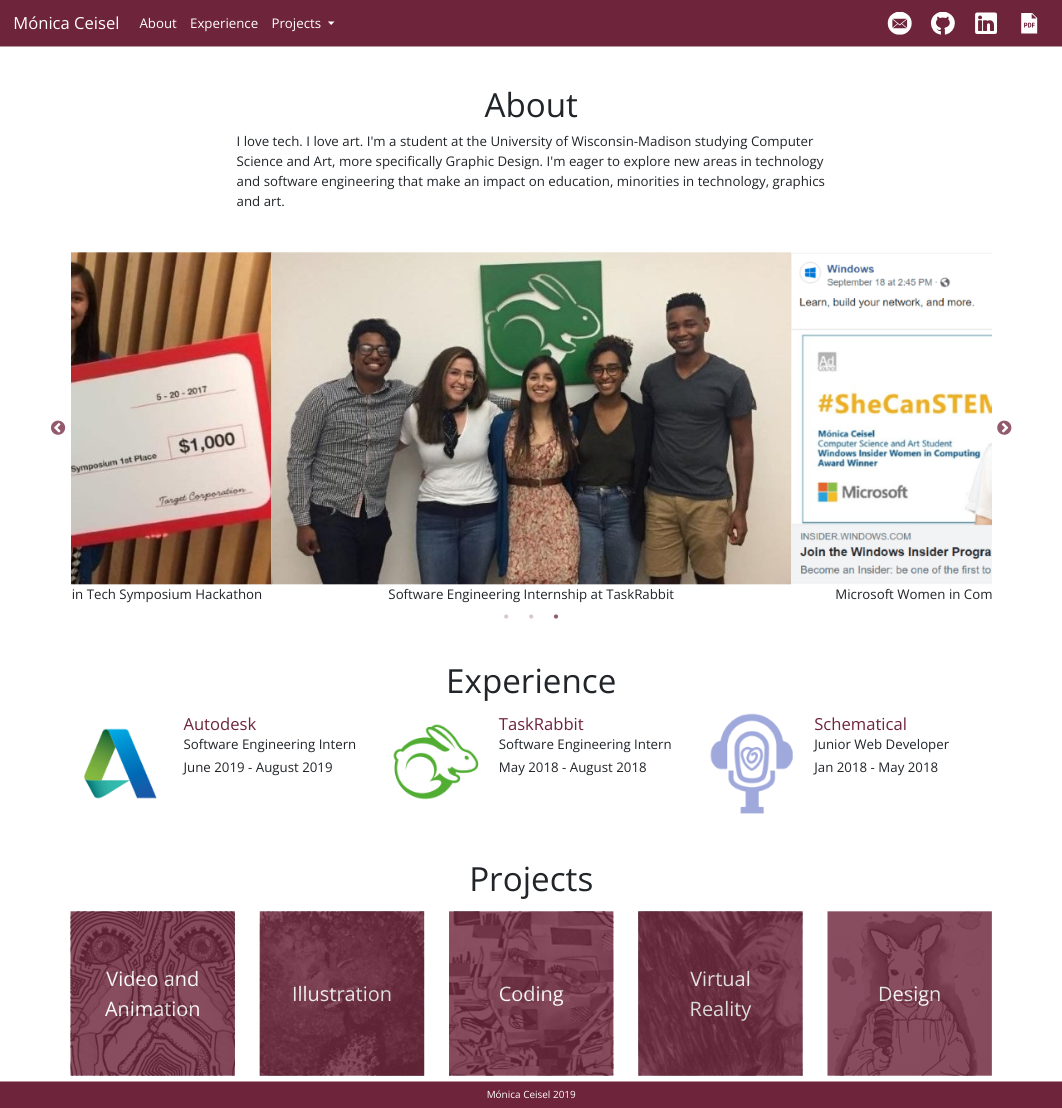
Repository: ceiselm/ceiselm.github.io
Page: index.html
These files come from the project's save history. The page is drawn as it stood at one moment and after the next save; the edit follows.
The browser window is 1280 px wide. The pictures show the whole page, at 83% of full size.

Above is the page before, as saved 2019-07-12 08:32:06.

### index.html
<!DOCTYPE html>
<html lang="en">

<head>
  <meta charset="utf-8">
  <meta http-equiv="X-UA-Compatible" content="IE=edge">
  <meta name="viewport" content="width=device-width, initial-scale=1">
  <title>M&oacute;nica Ceisel</title>
  <!-- Bootstrap -->
  <link href="css/bootstrap-4.2.1.css" rel="stylesheet">
  <!-- slick -->
  <link rel="stylesheet" type="text/css" href="slick/slick.css" />
  <!-- Add the new slick-theme.css if you want the default styling -->
  <link rel="stylesheet" type="text/css" href="slick/slick-theme.css" />
  <!-- font -->
  <link href="https://fonts.googleapis.com/css?family=Open+Sans&display=swap" rel="stylesheet">
  <!-- overwrites -->
  <link href="css/home.css" rel="stylesheet">
</head>

<body>
  <main>
    <!-- site navigation component START -->
    <nav class="navbar navbar-expand-lg navbar-dark bg-dark">
      <a class="navbar-brand" href="./index.html">M&oacute;nica Ceisel</a>
      <button class="navbar-toggler" type="button" data-toggle="collapse" data-target="#navbarSupportedContent"
        aria-controls="navbarSupportedContent" aria-expanded="false" aria-label="Toggle navigation">
        <span class="navbar-toggler-icon"></span>
      </button>
      <div class="collapse navbar-collapse" id="navbarSupportedContent">
        <ul class="navbar-nav mr-auto">
          <li class="nav-item">
            <a class="nav-link" href="#startAbout">About</a>
          </li>
          <li class="nav-item">
            <a class="nav-link" href="#startExperience">Experience</a>
          </li>
          <li class="nav-item dropdown">
            <a class="nav-link dropdown-toggle" href="#" id="navbarDropdown" role="button" data-toggle="dropdown"
              aria-haspopup="true" aria-expanded="false">
              Projects
            </a>
            <div class="dropdown-menu" aria-labelledby="navbarDropdown">
              <a class="dropdown-item" href="./subpages/coding.html">Coding</a>
              <div class="dropdown-divider"></div>
              <a class="dropdown-item" href="./subpages/illustration.html">Illustration</a>
              <a class="dropdown-item" href="./subpages/design.html">Design</a>
              <a class="dropdown-item" href="./subpages/virtualreality.html">Virtual Reality</a>
              <a class="dropdown-item" href="./subpages/videoandanimation.html">Video and Animation</a>
            </div>
          </li>
        </ul>
      </div>
      <!--		HAVE ICONS APPEAR ON BOTTOM FOR RESPONSIVE!-->
      <div class="navabar navbar-collapse">
        <ul class="navbar-nav ml-auto">
          <li class="nav-item">
            <a target="_blank" href="mailto:ceiselm@gmail.com"><img class="contact-icon" src="images/social/mail.svg"
                title="ceiselm@gmail.com" alt="mail"></a>
            <a target="_blank" href="https://github.com/ceiselm"><img class="contact-icon" src="images/social/github.svg"
                title="ceiselm" alt="github"></a>
            <a target="_blank" href="https://www.linkedin.com/in/monicaceisel/"><img class="contact-icon" src="images/social/linkedin.svg"
                title="monicaceisel" alt="linkedin"></a>
            <!-- <a target="_blank" href="https://twitter.com/Momonimations"><img class="contact-icon" src="images/social/twitter.svg" title="Momonimations" alt="twitter"></a> -->
            <a target="_blank" href="https://drive.google.com/file/d/1gLH4KDahc__qDKYKObC0Y2ql2jHHTpc9/view?usp=sharing"><img
                class="contact-icon" src="images/social/pdf.svg" title="Resume" alt="resume"></a>
          </li>
        </ul>
      </div>
    </nav>
    <!-- site navigation component END -->
    <!-- <hr> -->
    <!-- about START -->
    <div class="portion">
      <section>
        <div class="text-center mt-2">
          <div class="container">
            <div class="row">
              <div class="col-12">
                <h1 id="startAbout">About</h1>
                <div class="container">
                  <div class="row justify-content-center">
                    <div class="col col-md-8">
                      <p align="left">I love tech. I love art. I'm a student at the University of Wisconsin-Madison
                        studying Computer Science and Art,
                        more specifically Graphic Design. I'm eager to explore new areas in technology and software
                        engineering that
                        make an impact on education, minorities in technology, graphics and art.
                      </p>
                    </div>
                  </div>
                </div>
                <!-- noteworthy articles -->
                <!--				https://insider.windows.com/en-us/community-news/how-this-coder-artist-grew-superpowers-to-create/-->
                <!--				https://insider.windows.com/en-us/community-news/extraordinary-women-in-computing/-->

                <!-- <div class="wrapper"> -->
                <div class="portion">
                  <div class="slides">
                    <div><img class="slide-item" src="images/carousel/Microsoft.png" alt="First slide">Microsoft Women
                      in
                      Computing Award Winner</div>
                    <div><img class="slide-item" src="images/carousel/Target.jpg" alt="Second slide">1st Place for the
                      Target Women in Tech Symposium Hackathon</div>
                    <div><img class="slide-item" src="images/carousel/TaskRabbit.jpg" alt="Third slide">Software
                      Engineering Internship at TaskRabbit</div>
                  </div>
                </div>
              </div>
            </div>
          </div>
        </div>
      </section>
    </div>
    <!-- about END -->
    <!-- <hr> -->
    <div class="portion">
      <section>
        <div class="container">
          <div class="row">
            <div class="col-12 text-center">
              <h1 id="startExperience">Experience</h1>
              <!-- <p>Lorem ipsum dolor sit amet, consectetur adipisicing elit. Quibusdam, magni, doloribus, possimus eum sapiente deleniti doloremque fugit ut expedita molestiae iusto debitis eveniet modi obcaecati ipsam quos quis labore dicta.</p> -->
            </div>
          </div>
        </div>
      </section>
      <section>
        <div class="container mt-2">
          <div class="row">
            <div class="col-md-4 col-12">
              <ul class="list-unstyled">
                <li class="media">
                  <img class="mr-3" src="images/companies/120px-Autodesk_logo.svg.png" alt="Generic placeholder image">
                  <div class="media-body">
                    <h5 class="mt-0 mb-1"><a href="https://www.autodesk.com/">Autodesk</a></h5>
                    <h6>Software Engineering Intern</h6>
                    <h6>June 2019 - August 2019</h6>
                  </div>
                </li>
              </ul>
            </div>
            <div class="col-md-4 col-12">
              <ul class="list-unstyled">
                <li class="media">
                  <img class="mr-3" src="images/companies/taskrabbit_logo.png" alt="Generic placeholder image">
                  <div class="media-body">
                    <h5 class="mt-0 mb-1"><a href="https://www.taskrabbit.com/">TaskRabbit</a></h5>
                    <h6>Software Engineering Intern</h6>
                    <h6>May 2018 - August 2018</h6>
                  </div>
                </li>
              </ul>
            </div>
            <div class="col-md-4 col-12">
              <ul class="list-unstyled">
                <li class="media">
                  <img class="mr-3" src="images/companies/castdex_logo.png" alt="Generic placeholder image">
                  <div class="media-body">
                    <h5 class="mt-0 mb-1"><a href="http://www.castdex.com/">Schematical</a></h5>
                    <h6>Junior Web Developer</h6>
                    <h6>Jan 2018 - May 2018</h6>
                  </div>
                </li>
              </ul>
            </div>
          </div>
        </div>
      </section>
    </div>
    <!-- <hr> -->
    <div class="portion">
      <section>
        <div class="container">
          <div class="row">
            <div class="col-12 text-center">
              <h1>Projects</h1>
              <!-- <p>Lorem ipsum dolor sit amet, consectetur adipisicing elit. Officia, et, placeat !</p> -->
            </div>
          </div>
          <div class="row mt-2">

            <div class="col-md mt-md-0 mt-1">
              <a href="#">
                <img class="image img-fluid float-right" src="images/buttons/Button03.png" alt="">
                <div class="overlay">
                  <div class="text">Video and Animation</div>
                </div>
              </a>
            </div>

            <div class="col-md mt-md-0 mt-1">
              <a href="#">
                <img class="image img-fluid float-left" src="images/buttons/Button01.png" alt="">
                <div class="overlay">
                  <div class="text">Illustration</div>
                </div>
              </a>
            </div>

            <div class="col-md mt-md-0 mt-1">
              <a href="#">
                <img class="image img-fluid float-left" src="images/buttons/Button05.png" alt="" href="#">
                <div class="overlay">
                  <div class="text">Coding</div>
                </div>
              </a>
            </div>
            <div class="col-md mt-md-0 mt-1">
              <a href="#">
                <img class="image img-fluid float-right" src="images/buttons/Button04.png" alt="" href="#">
                <div class="overlay">
                  <div class="text">Virtual Reality</div>
                </div>
              </a>
            </div>
            <div class="col-md mt-md-0 mt-1">
              <a href="#">
                <img class="image img-fluid float-left" src="images/buttons/Button02.png" alt="" href="#">
                <div class="overlay">
                  <div class="text">Design</div>
                </div>
              </a>
            </div>
          </div>
        </div>
      </section>
    </div>
  </main>
  <!-- footer START -->
  <div class="portion">
    <div class="footer">
      <div class="container h-100">
        <div class="row h-100 justify-content-center align-items-center footer-text">
          <div class="col-12 text-center">
            M&oacute;nica Ceisel 2019
          </div>
        </div>
      </div>
    </div>
  </div>
  <!-- footer END -->
  <!-- jQuery (necessary for Bootstrap's JavaScript plugins) -->
  <script src="js/jquery-3.3.1.min.js"></script>
  <!-- Include all compiled plugins (below), or include individual files as needed -->
  <script src="js/popper.min.js"></script>
  <script src="js/bootstrap-4.2.1.js"></script>
  <script src="js/index.js"></script>
  <!-- slick -->
  <script type="text/javascript" src="slick/slick.min.js"></script>
</body>

</html>

### css/home.css
@charset "utf-8";
/* CSS Document */

body {
  font-family: 'Open Sans', sans-serif;
}

.footer {
  left: 0;
  bottom: 0;
  width: 100%;
  background-color: #6E243B;
  color: white;
  text-align: center;
  height: 2rem;
  position: relative;
  margin-top: -2rem;
  clear: both;
}

.footer-text {
  font-size: .75rem;
}

.contact-icon {
    height: 1.8em;
    width: 3em;

}

.contact-icon:hover {
    position: relative;
	opacity: .8;
}

.bg-dark {
  background-color: #6E243B !important;
}

.navbar-dark .navbar-nav .nav-link {
    color: rgba(255, 255, 255, 255);
}

h5 {
	color: #6E243B;
}

h5:hover, h5:link, h5:focus {
	color: #EDA200;
}

a {
	text-decoration: none !important;
	color: inherit;
}

a:hover, a:link, a:focus {
	color: inherit;
}

.image {
  position:relative;
  display: block;
  width: 100%;
  height: auto;
  opacity: 0.9;
  transition: 1s ease;
  -webkit-filter: grayscale(100%); /* Safari 6.0 - 9.0 */
  filter: grayscale(100%);
}

.overlay {
  position: relative;
  top: 0;
  bottom: 0;
  left: 0;
  right: 0;
  height: 100%;
  width: 100%;
  opacity: 0.8;
  background-color: #6E243B;
}

.col-md:hover .image {
  opacity: 1;
  -webkit-filter: grayscale(0%); /* Safari 6.0 - 9.0 */
  filter: grayscale(0%);
}

.col-md:hover .overlay {
  opacity: 0;
}


.text {
  color: white;
  font-size: 18pt;
  position: absolute;
  top: 50%;
  left: 50%;
  opacity: 1 !important;
  -webkit-transform: translate(-50%, -50%);
  -ms-transform: translate(-50%, -50%);
  transform: translate(-50%, -50%);
  text-align: center;
}


.slide-item {
  width: 100%;
}


.slick-prev:before {
  color: #6E243B;
}

.slick-next:before {
  color: #6E243B;
}

.slick-dots li.slick-active button::before {
  color: #6E243B;
}

.slick-dots li button::before {
  color: #6E243B;
}

.portion {
  padding-top: 3%;
}

.google-slides-container{
  position: relative;
  width: 100%;
  padding-top: 60%;
  overflow: hidden;
}

.google-slides-container iframe{
  position: absolute;
  top: 0;
  left: 0;
  width: 100%;
  height: 100%;
}

### js/index.js
$(document).ready(function(){
  $('.slides').slick({
    centerMode: true,
    centerPadding: '60px',
    slidesToShow: 1,
    slidesToScroll: 1,
    adaptiveHeight: true,
    dots: true,
    arrows: true,
    variableWidth: true,
    autoplay: true,
    autoplaySpeed: 2000,
    responsive: [
      {
        breakpoint: 768,
        settings: {
          arrows: false,
          centerMode: true,
          centerPadding: '40px',
          slidesToShow: 1
        }
      },
      {
        breakpoint: 480,
        settings: {
          arrows: false,
          centerMode: true,
          centerPadding: '40px',
          slidesToShow: 1
        }
      }
    ]

  });
});

Loaded but not shown: css/bootstrap-4.2.1.css (library); slick/slick.css (common file); slick/slick-theme.css (library); js/jquery-3.3.1.min.js (library); js/popper.min.js (library); js/bootstrap-4.2.1.js (library); slick/slick.min.js (library)

After the next save:
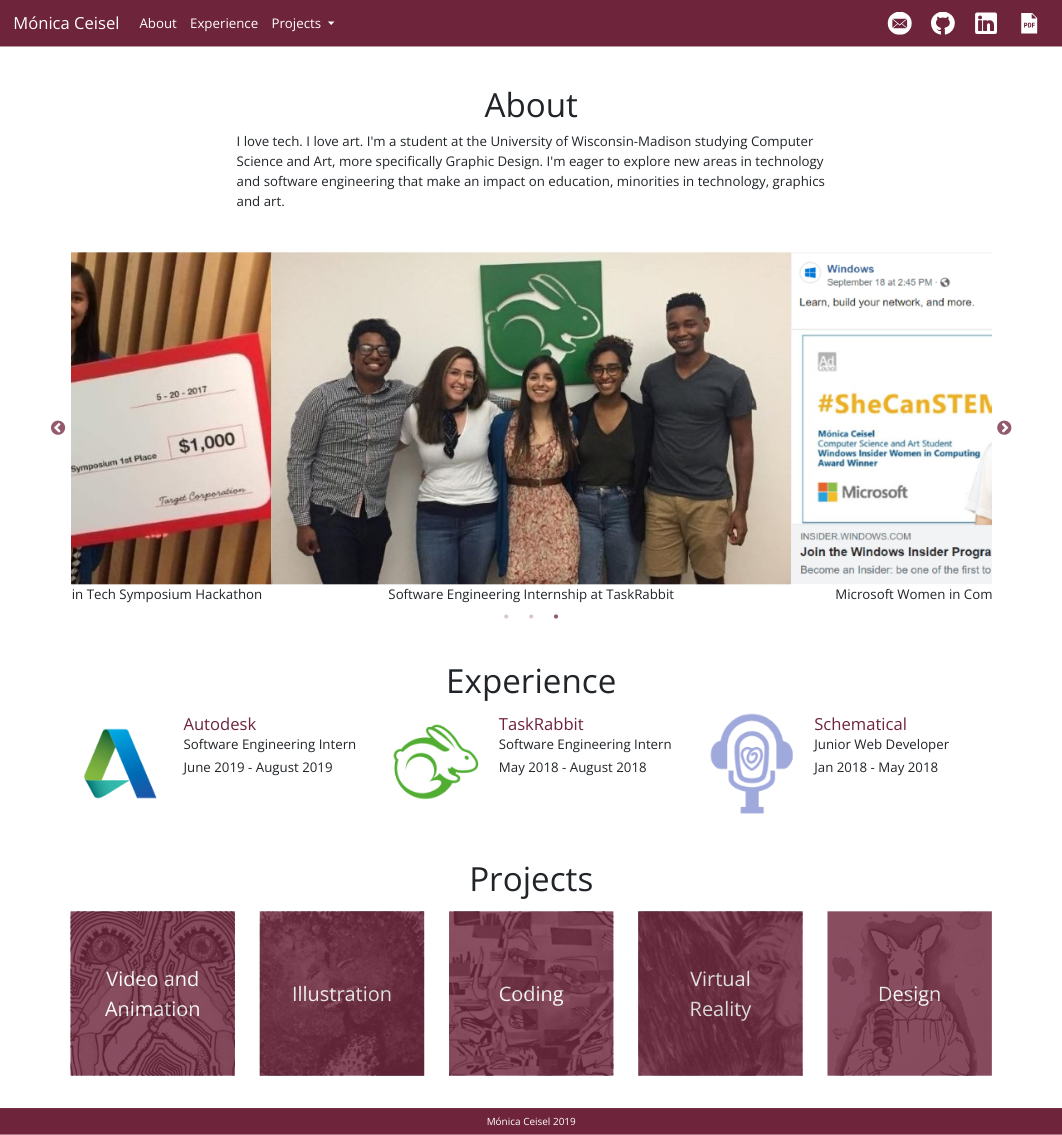
Saved 19 s later.
--- a/css/home.css
+++ b/css/home.css
@@ -3,6 +3,10 @@
 
 body {
   font-family: 'Open Sans', sans-serif;
+}
+
+main {
+  padding-bottom: 2rem;
 }
 
 .footer {
